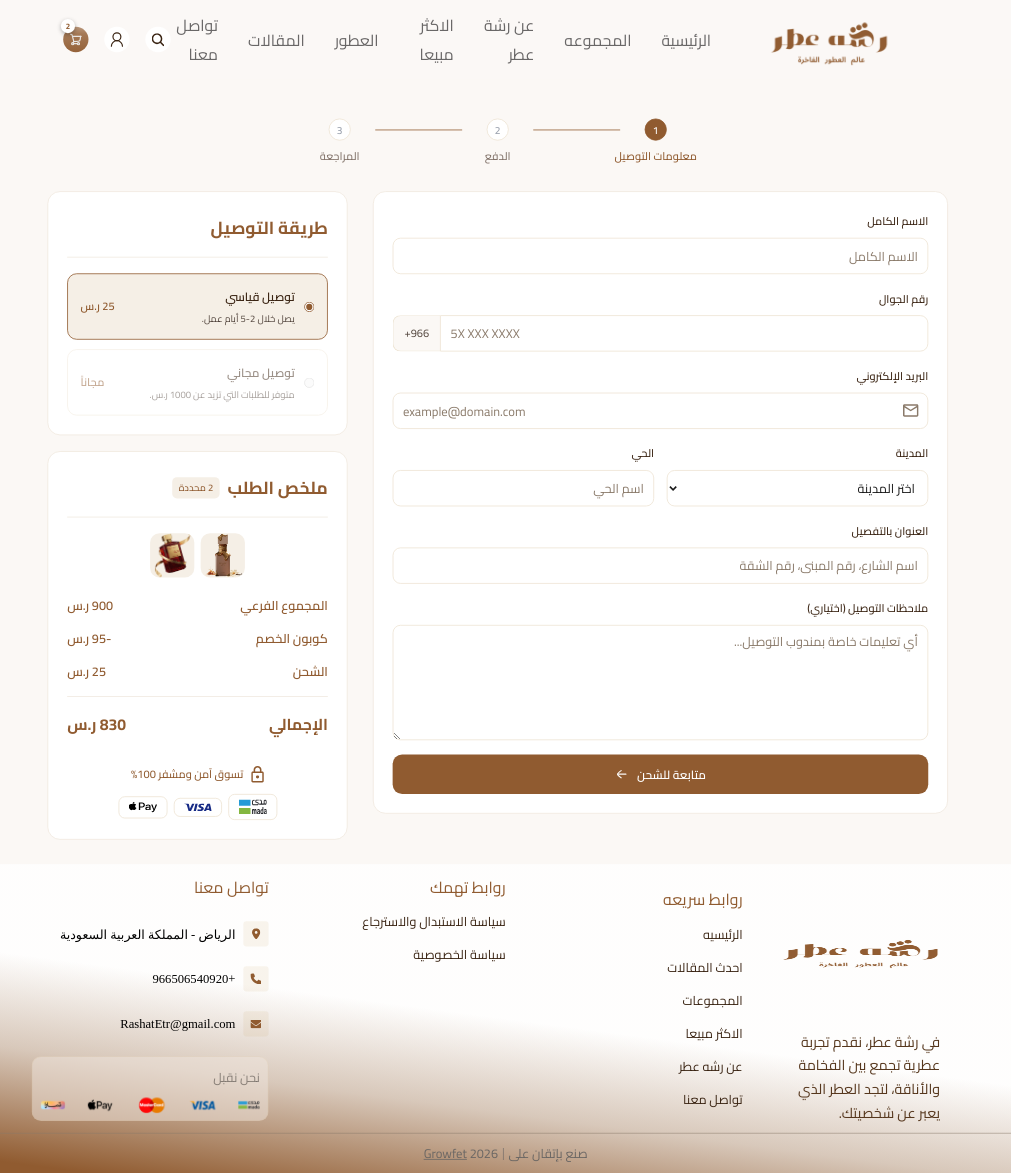
Repository: mahmoudesh74/rashet-3tr
Page: /Checkout
These files come from the project's save history. The page is drawn as it stood at one moment and after the next save; the edit follows.
The browser window is 1280 px wide. The pictures show the whole page, at 79% of full size.
Some web fonts or font styles are not loaded; a fallback is used. The project was rebuilt for these pictures with package versions that can differ from the ones it lists, and the page was loaded fresh each time. Also part of the build but not shown: vite.config.js, src/App.css, src/components/HeaderSection/Header.css, src/components/HeaderSection/Header.jsx, src/components/GroupSection/GroupSection.css, src/components/GroupSection/GroupSection.jsx, src/components/AboutSection/AboutSection.css, src/components/AboutSection/AboutSection.jsx and 37 more. Imported but missing from the stored project, and not drawn on this page: src/assets/vedio.mp4.

Above is the page before, as saved 2026-09-29 03:23:28.

After the next save:
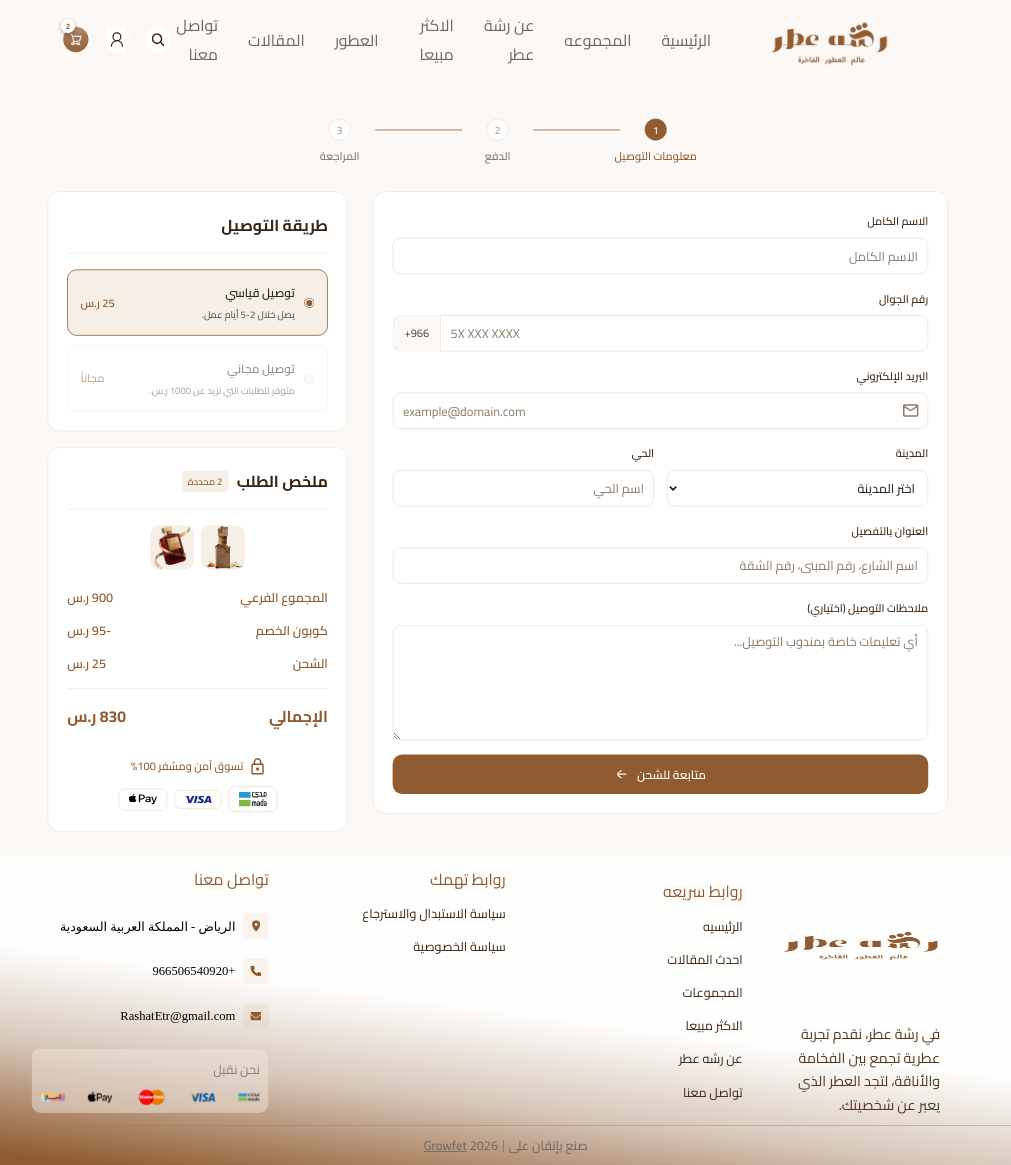
Saved 2 min 52 s later.
--- a/src/pages/CheckoutPage/Checkout.css
+++ b/src/pages/CheckoutPage/Checkout.css
@@ -243,10 +243,10 @@
   margin: 0 0 20px;
   padding-bottom: 16px;
   border-bottom: 1px solid #f0e9df;
-  font-size: 22px;
+  font-size: 20px;
   font-family: "Cairo";
   font-weight: 700;
-  color: #905B30;
+  color: #3A2413;
 }
 
 .checkout-count {
